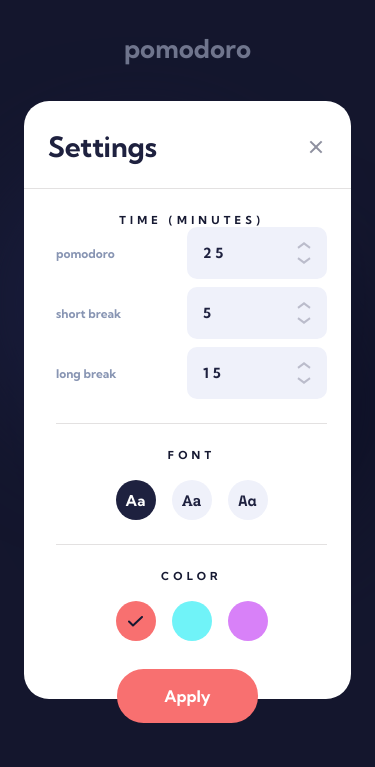
Repository: blordeus/pomodoro-app
Page: /, after clicking the first element matching `button.settings-trigger`
An editor plug-in stored every save of this project. The page is shown before and after the next save, followed by the edit.
The browser window is 375 px wide. The pictures show the whole page.
The project was rebuilt for these pictures with package versions that can differ from the ones it lists, and the page was loaded fresh each time.

Above is the page before, as saved 2026-05-09 18:39:19.

After the next save:
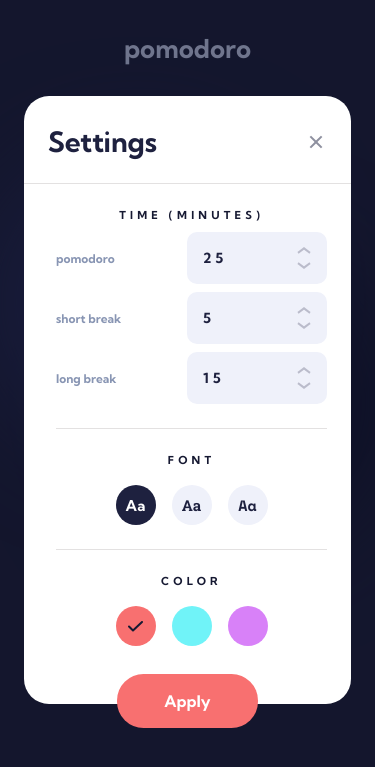
Saved 21 s later.
--- a/src/index.css
+++ b/src/index.css
@@ -494,7 +494,7 @@ button {
   }
 
   .modal__section-title {
-    margin-bottom: 0;
+    margin-bottom: 10px;
     text-align: center;
   }
 
